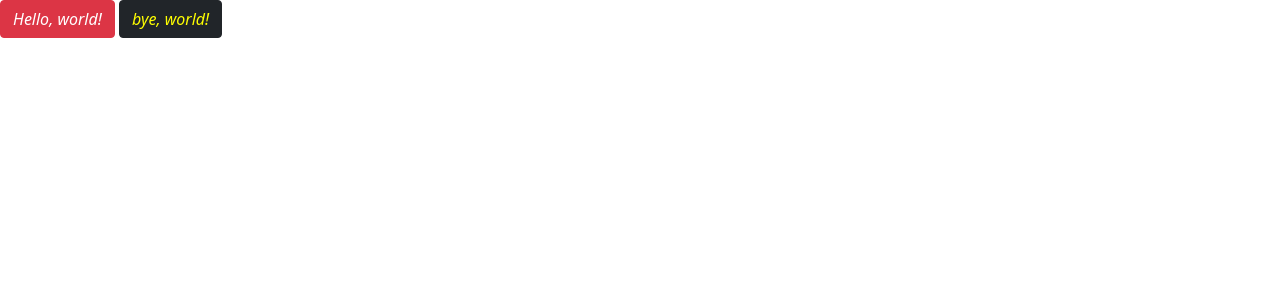
Repository: jaunnnngs/HackaTone
Page: http://localhost/StunProjects/
These files come from the project's save history. The page is drawn as it stood at one moment and after the next save; the edit follows.
The browser window is 1280 px wide. The pictures show the whole page.
The page is served by Tomcat 9.

Above is the page before, as saved 2021-07-20 01:36:10.

After the next save:
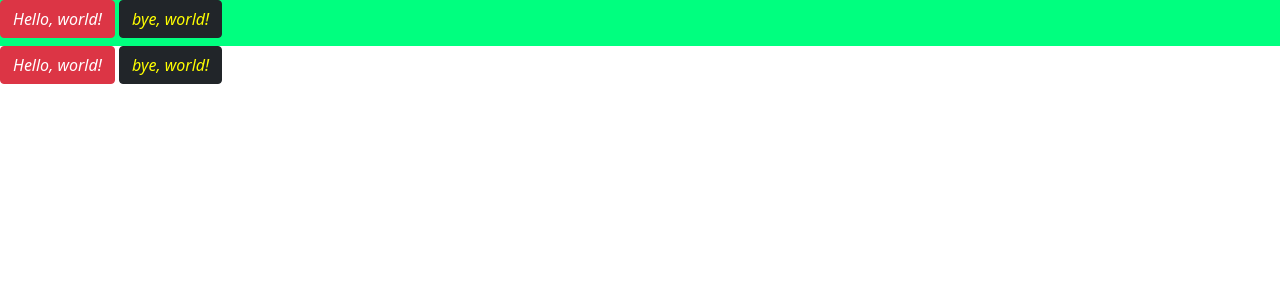
Saved 5 min 38 s later.
--- a/STUN_TEAM/StunProjects/src/main/webapp/index.jsp
+++ b/STUN_TEAM/StunProjects/src/main/webapp/index.jsp
@@ -13,7 +13,7 @@
     <title>Hello, world!</title>
 
     <style>
-    #hello
+    #hello /*아이디 설정  */
     {
     	color:white;
     }
@@ -21,18 +21,27 @@
     {
     	color:yellow;
     }
-    .btn
+    .btn/*클래스 설정  */
     {
     	font-style : italic
+    }
+    div.ldj
+    {
+    	background : springgreen
     }
 
 
     </style>
   </head>
   <body>
+    <div class ="ldj">
     <h1 id="hello" class = "btn btn-danger">Hello, world!</h1>
     <h1 id="bye" class = "btn btn-dark">bye, world!</h1>
-
+    </div>
+    <div class ="lng">
+    <h1 id="hello" class = "btn btn-danger">Hello, world!</h1>
+    <h1 id="bye" class = "btn btn-dark">bye, world!</h1>
+    </div>
     <!-- Optional JavaScript; choose one of the two! -->
 
     <!-- Option 1: Bootstrap Bundle with Popper -->
